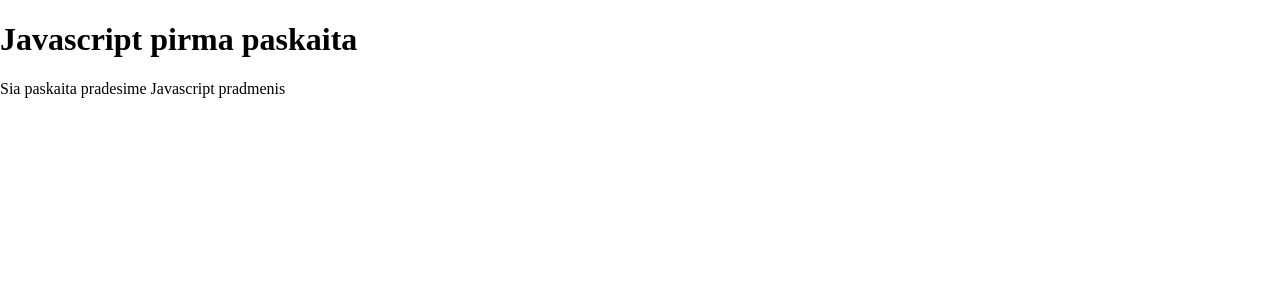
Repository: motiejus1/16-paskaita-05.31
Page: index.html
An editor plug-in stored every save of this project. The page is shown before and after the next save, followed by the edit.
The browser window is 1280 px wide. The pictures show the whole page.

Above is the page before, as saved 2021-06-28 18:37:03.

After the next save:
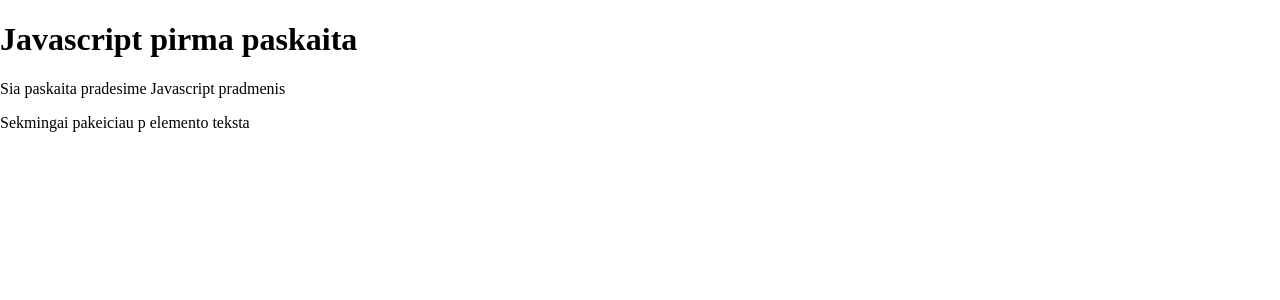
Saved 13 s later.
--- a/index.html
+++ b/index.html
@@ -26,7 +26,7 @@
     <script>
         //
         //pasirinkome elementa
-        document.querySelector(".keiciamas-turinys").innerHTML = "";
+        document.querySelector(".keiciamas-turinys").innerHTML = "Sekmingai pakeiciau p elemento teksta";
 
         //pasirinkta elementa isvedame i console
         console.log(document.querySelector(".keiciamas-turinys").innerHTML);
